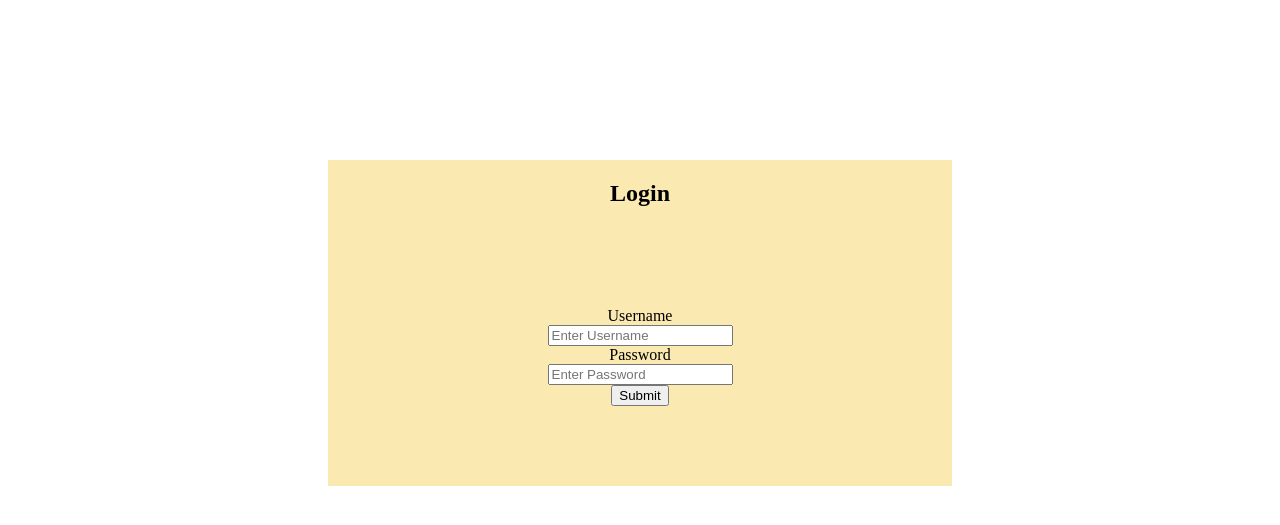
Repository: Shivamkr522/Contact_Us_Page
Page: http://localhost/ContactUs/login.jsp
These files come from the project's save history. The page is drawn as it stood at one moment and after the next save; the edit follows.
The browser window is 1280 px wide. The pictures show the whole page.
The page is served by Tomcat 9.

Above is the page before, as saved 2022-12-11 13:14:25.

After the next save:
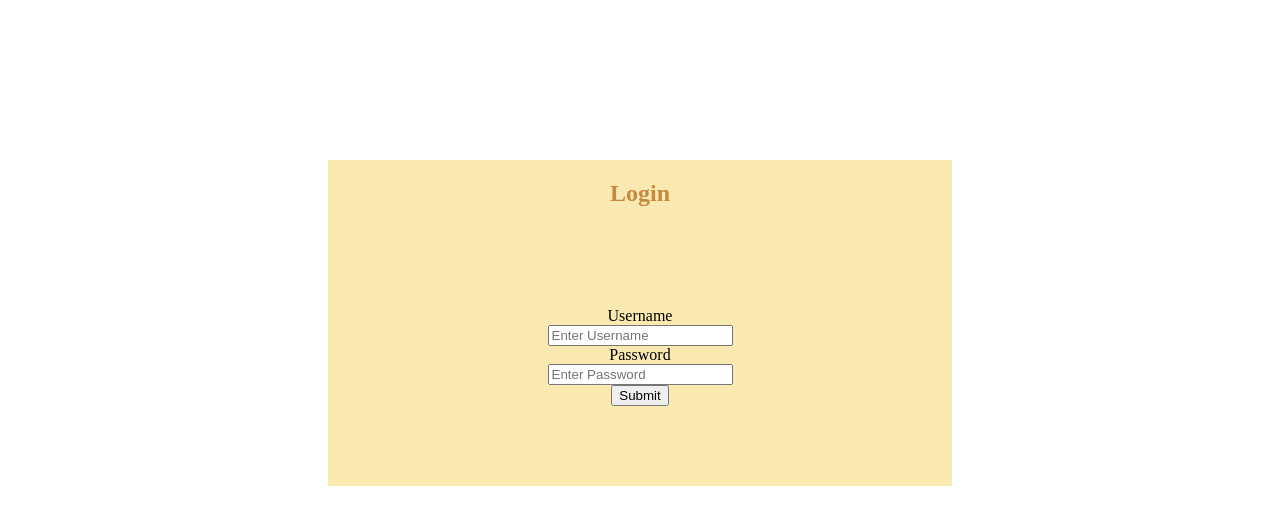
Saved 15 s later.
--- a/ContactUs/src/main/webapp/login.css
+++ b/ContactUs/src/main/webapp/login.css
@@ -2,7 +2,7 @@
 
 h2{
 	text-align: center;
-	color:
+	color: #C58940;
 }
 
 form{
